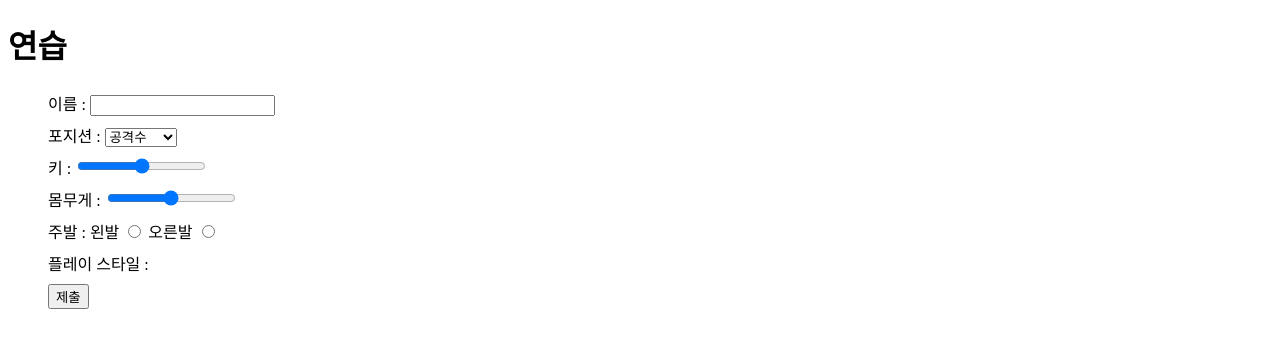
Repository: Simyoungdo04/dynamic-workspace
Page: FirstProject/src/main/webapp/views/practice.html
These files come from the project's save history. The page is drawn as it stood at one moment and after the next save; the edit follows.
The browser window is 1280 px wide. The pictures show the whole page.

Above is the page before, as saved 2026-05-04 08:44:05.

After the next save:
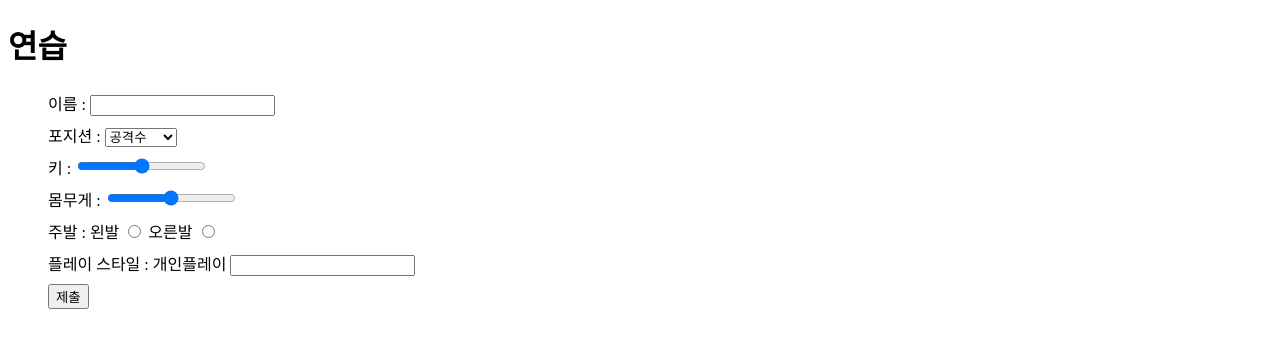
Saved 38 s later.
--- a/FirstProject/src/main/webapp/views/practice.html
+++ b/FirstProject/src/main/webapp/views/practice.html
@@ -38,7 +38,7 @@
 			</li>
 			<li>
 				플레이 스타일 :
-
+				개인플레이 <input>
 			</li>
 			<li>
 
